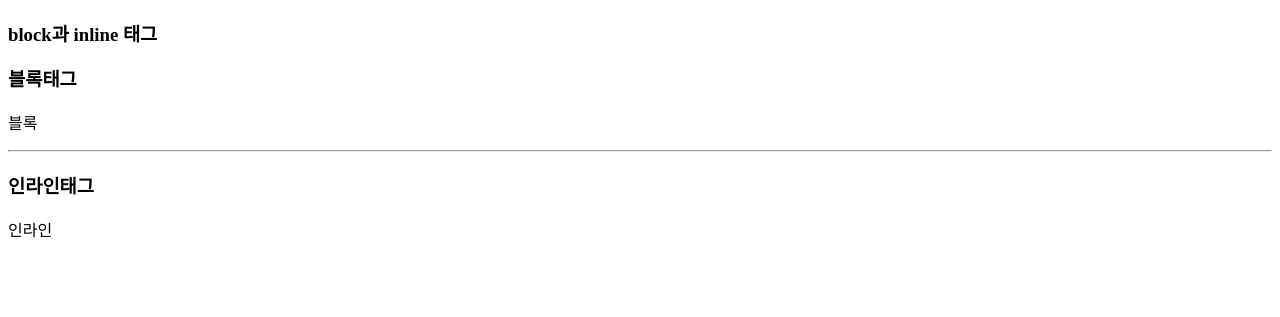
Repository: JiYoon0712/HTML_CSS_javascript
Page: work/study/src/main/webapp/htmlEx/ch02/ex04.html
These files come from the project's save history. The page is drawn as it stood at one moment and after the next save; the edit follows.
The browser window is 1280 px wide. The pictures show the whole page.

Above is the page before, as saved 2023-04-03 02:16:48.

After the next save:
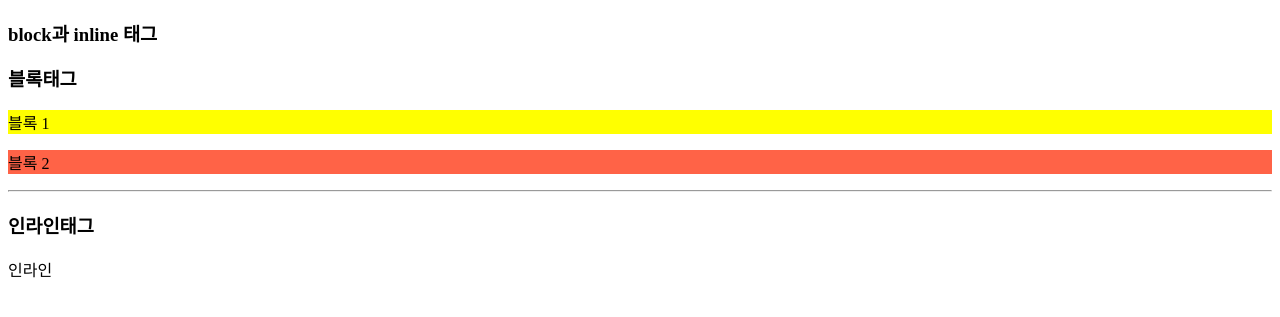
Saved 76 s later.
--- a/work/study/src/main/webapp/htmlEx/ch02/ex04.html
+++ b/work/study/src/main/webapp/htmlEx/ch02/ex04.html
@@ -10,7 +10,7 @@
 
 <h3>블록태그</h3>
 
-<p> 블록 </p>
+<p style="background: yellow;"> 블록 1</p><p style="background: tomato;">블록 2</p>
 <hr>
 
 <h3>인라인태그</h3>
